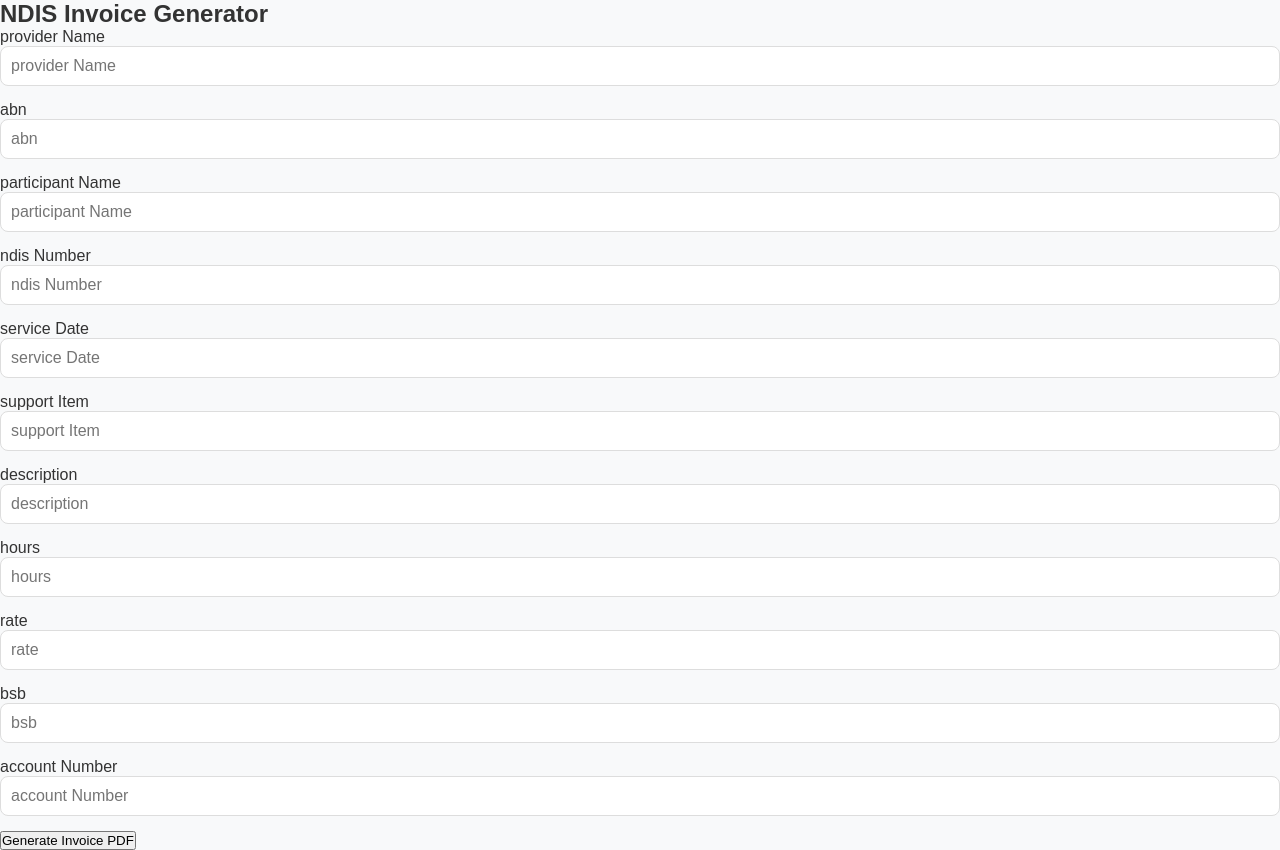
Repository: shreeyanshujha/ndis-invoice-generator
Page: /invoice
The author's editor kept a copy of each file at every save. The page is drawn from the files as they stood at one save, then again after the next save.
The browser window is 1280 px wide. The pictures show the whole page.
The project was rebuilt for these pictures with package versions that can differ from the ones it lists, and the page was loaded fresh each time. The framework's server and built-in components were replaced by stand-ins that run in the browser. Also part of the build but not shown: next.config.mjs.

Above is the page before, as saved 2025-04-03 12:17:00.

### pages/_app.js
import { AuthProvider } from '../lib/auth'; // Correct import
import '../styles/globals.css';

function MyApp({ Component, pageProps }) {
  return (
    <AuthProvider>
      <Component {...pageProps} />
    </AuthProvider>
  );
}

export default MyApp;

### pages/invoice.js
import dynamic from 'next/dynamic';

const InvoiceComponent = dynamic(() => import('../components/InvoiceComponent'), {
  ssr: false, // ⛔ disables server-side rendering to avoid useAuth crash
});

export default function InvoicePage() {
  return <InvoiceComponent />;
}

### lib/auth.js
import { createContext, useContext, useState, useEffect } from 'react';
import { auth } from './firebase'; // Make sure this points to your firebase.js file
import { onAuthStateChanged } from 'firebase/auth';

const AuthContext = createContext();

// Custom hook to access the auth state
export const useAuth = () => {
  return useContext(AuthContext);
};

// Provider to wrap your app and pass down auth state
export const AuthProvider = ({ children }) => {
  const [user, setUser] = useState(null);

  useEffect(() => {
    const unsubscribe = onAuthStateChanged(auth, (user) => {
      setUser(user);
    });

    return () => unsubscribe();
  }, []);

  return (
    <AuthContext.Provider value={{ user }}>
      {children}
    </AuthContext.Provider>
  );
};

### styles/globals.css
/* Reset for consistent styling */
* {
  margin: 0;
  padding: 0;
  box-sizing: border-box;
}

body {
  background-color: #f8f9fa;
  font-family: 'Arial', sans-serif;
  color: #333;
}

.container {
  display: flex;
  flex-direction: column;
  align-items: center;
  justify-content: center;
  height: 100vh;
}

/* Auth Container Styles */
.auth-container {
  display: flex;
  justify-content: center;
  align-items: center;
  height: 100vh;
}

.auth-form {
  background-color: white;
  padding: 40px;
  width: 100%;
  max-width: 400px;
  border-radius: 10px;
  box-shadow: 0 4px 10px rgba(0, 0, 0, 0.1);
  text-align: center;
  margin: auto;
}

.auth-form h2 {
  margin-bottom: 30px;
  font-size: 24px;
  color: #333;
}

.auth-form input {
  width: 100%;
  padding: 12px;
  margin-bottom: 20px;
  border: 1px solid #ddd;
  border-radius: 8px;
  font-size: 16px;
}

.auth-form button {
  width: 100%;
  padding: 15px;
  background-color: #28a745;
  color: white;
  border: none;
  border-radius: 8px;
  font-size: 16px;
  cursor: pointer;
  transition: background-color 0.3s;
}

.auth-form button:hover {
  background-color: #218838;
}

.auth-form a {
  color: #007bff;
  text-decoration: none;
  font-size: 14px;
}

.auth-form a:hover {
  text-decoration: underline;
}

/* Welcome Container */
.welcome-container {
  display: flex;
  flex-direction: column;
  justify-content: center;
  align-items: center;
  text-align: center;
  padding: 30px;
  background-color: #ffffff;
  width: 100%;
  max-width: 600px;
  border-radius: 10px;
  box-shadow: 0 4px 10px rgba(0, 0, 0, 0.1);
}

.welcome-container h1 {
  font-size: 28px;
  margin-bottom: 20px;
  color: #333;
}

.welcome-container button {
  padding: 12px 30px;
  background-color: #dc3545;
  color: white;
  border: none;
  border-radius: 8px;
  cursor: pointer;
  font-size: 16px;
  transition: background-color 0.3s;
}

.welcome-container button:hover {
  background-color: #c82333;
}

/* Invoice Generator Button */
.generate-invoice-btn {
  padding: 12px 30px;
  background-color: #007bff;
  color: white;
  border: none;
  border-radius: 8px;
  font-size: 16px;
  cursor: pointer;
  margin-top: 20px;
  width: 100%;
  transition: background-color 0.3s;
}

.generate-invoice-btn:hover {
  background-color: #0056b3;
}

.generate-invoice-btn:focus {
  outline: none;
}

input {
  font-size: 16px;
  padding: 10px;
  border-radius: 8px;
  border: 1px solid #ddd;
  width: 100%;
  margin-bottom: 15px;
}

input:focus {
  border-color: #007bff;
  outline: none;
}

form {
  display: flex;
  flex-direction: column;
  gap: 20px;
}

### components/InvoiceComponent.js
import { useState } from 'react';
import { useAuth } from '../lib/auth'; // Import useAuth to access user data
import jsPDF from 'jspdf';
import autoTable from 'jspdf-autotable';

export default function InvoiceComponent() {
  const [form, setForm] = useState({
    providerName: '',
    abn: '',
    participantName: '',
    ndisNumber: '',
    serviceDate: '',
    supportItem: '',
    description: '',
    hours: '',
    rate: '',
    bsb: '',
    accountNumber: '',
  });

  const { user } = useAuth(); // Use the user from the auth context to display user-specific content

  const handleChange = (e) => {
    setForm({ ...form, [e.target.name]: e.target.value });
  };

  const generatePDF = () => {
    const doc = new jsPDF();
    doc.setFontSize(16);
    doc.text('NDIS Invoice', 14, 20);

    doc.setFontSize(12);
    doc.text(`Provider: ${form.providerName}`, 14, 30);
    doc.text(`ABN: ${form.abn}`, 14, 36);
    doc.text(`Participant: ${form.participantName}`, 14, 42);
    doc.text(`NDIS #: ${form.ndisNumber}`, 14, 48);

    autoTable(doc, {
      startY: 60,
      head: [['Date', 'Item Code', 'Description', 'Hours', 'Rate', 'Amount']],
      body: [
        [
          form.serviceDate,
          form.supportItem,
          form.description,
          form.hours,
          `$${form.rate}`,
          `$${(parseFloat(form.hours) * parseFloat(form.rate)).toFixed(2)}`,
        ],
      ],
    });

    const total = (parseFloat(form.hours) * parseFloat(form.rate)).toFixed(2);
    doc.text(`Total: $${total}`, 14, doc.lastAutoTable.finalY + 10);
    doc.text(`BSB: ${form.bsb}`, 14, doc.lastAutoTable.finalY + 20);
    doc.text(`Account #: ${form.accountNumber}`, 14, doc.lastAutoTable.finalY + 26);

    doc.save(`Invoice-${form.participantName}.pdf`);
  };

  return (
    <div className="min-h-screen bg-gray-100 flex justify-center items-start p-6">
      <div className="bg-white w-full max-w-4xl rounded-xl shadow-md p-8">
        <h2 className="text-3xl font-bold mb-6 text-center text-gray-800">NDIS Invoice Generator</h2>
        <div className="grid grid-cols-1 md:grid-cols-2 gap-4">
          {Object.entries(form).map(([key, value]) => (
            <div key={key} className="flex flex-col">
              <label className="text-gray-700 mb-1 capitalize">{key.replace(/([A-Z])/g, ' $1')}</label>
              <input
                name={key}
                placeholder={key.replace(/([A-Z])/g, ' $1')}
                value={value}
                onChange={handleChange}
                className="border border-gray-300 p-2 rounded-lg focus:outline-none focus:ring-2 focus:ring-blue-500 text-black placeholder:text-gray-500"
              />
            </div>
          ))}
        </div>
        <div className="flex justify-center mt-8">
          <button
            onClick={generatePDF}
            className="px-6 py-3 bg-green-600 text-white rounded-lg hover:bg-green-700 transition"
          >
            Generate Invoice PDF
          </button>
        </div>
      </div>
    </div>
  );
}

### lib/firebase.js
import { initializeApp } from "firebase/app";
import { getAuth } from "firebase/auth";

// Your web app's Firebase configuration
const firebaseConfig = {
  apiKey: "AIzaSyBeAQcHaFOlqVXluVgRUgipXpNn4yKf8j0",  // Direct API key
  authDomain: "ndis-invoice-generator.firebaseapp.com",  // Direct Auth domain
  projectId: "ndis-invoice-generator",  // Direct Project ID
  storageBucket: "ndis-invoice-generator.appspot.com",  // Corrected Firebase Storage URL
  messagingSenderId: "80394396896",  // Direct Sender ID
  appId: "1:80394396896:web:c9aad770dabcecfd705c85",  // Direct App ID
};

const app = initializeApp(firebaseConfig);
const auth = getAuth(app);  // Initialize Firebase Authentication

export { auth };

Loaded but not shown: pages/_document.js (common file)

After the next save:
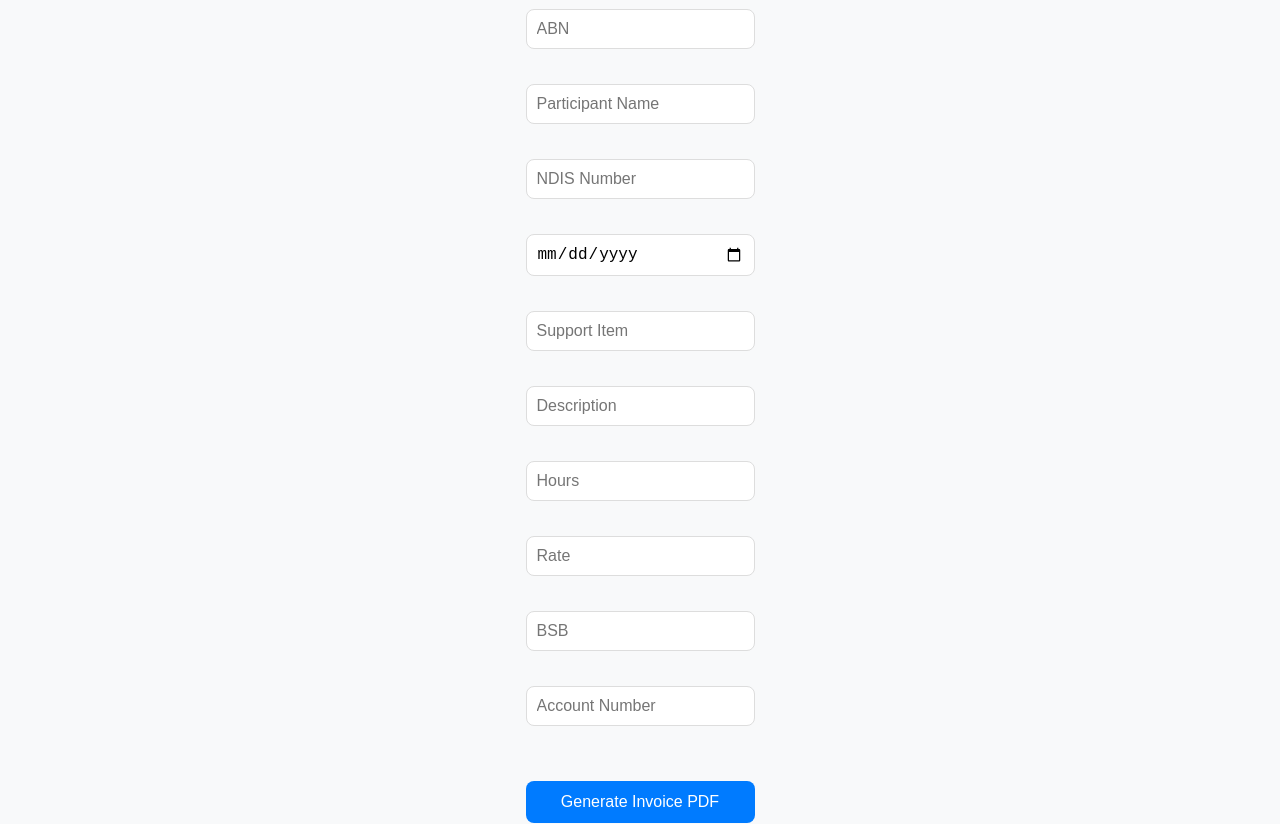
Saved 23 s later.
--- a/pages/invoice.js
+++ b/pages/invoice.js
@@ -1,9 +1,126 @@
-import dynamic from 'next/dynamic';
+import { useState } from 'react';
 
-const InvoiceComponent = dynamic(() => import('../components/InvoiceComponent'), {
-  ssr: false, // ⛔ disables server-side rendering to avoid useAuth crash
-});
+export default function InvoiceGenerator() {
+  const [formData, setFormData] = useState({
+    providerName: '',
+    abn: '',
+    participantName: '',
+    ndisNumber: '',
+    serviceDate: '',
+    supportItem: '',
+    description: '',
+    hours: '',
+    rate: '',
+    bsb: '',
+    accountNumber: ''
+  });
 
-export default function InvoicePage() {
-  return <InvoiceComponent />;
+  const handleInputChange = (e) => {
+    const { name, value } = e.target;
+    setFormData({
+      ...formData,
+      [name]: value
+    });
+  };
+
+  const handleSubmit = (e) => {
+    e.preventDefault();
+    // Handle the form submission logic here (e.g., generate PDF)
+  };
+
+  return (
+    <div className="container">
+      <h1>NDIS Invoice Generator</h1>
+      <form onSubmit={handleSubmit}>
+        <input
+          type="text"
+          name="providerName"
+          placeholder="Provider Name"
+          value={formData.providerName}
+          onChange={handleInputChange}
+          required
+        />
+        <input
+          type="text"
+          name="abn"
+          placeholder="ABN"
+          value={formData.abn}
+          onChange={handleInputChange}
+          required
+        />
+        <input
+          type="text"
+          name="participantName"
+          placeholder="Participant Name"
+          value={formData.participantName}
+          onChange={handleInputChange}
+          required
+        />
+        <input
+          type="text"
+          name="ndisNumber"
+          placeholder="NDIS Number"
+          value={formData.ndisNumber}
+          onChange={handleInputChange}
+          required
+        />
+        <input
+          type="date"
+          name="serviceDate"
+          value={formData.serviceDate}
+          onChange={handleInputChange}
+          required
+        />
+        <input
+          type="text"
+          name="supportItem"
+          placeholder="Support Item"
+          value={formData.supportItem}
+          onChange={handleInputChange}
+          required
+        />
+        <input
+          type="text"
+          name="description"
+          placeholder="Description"
+          value={formData.description}
+          onChange={handleInputChange}
+          required
+        />
+        <input
+          type="number"
+          name="hours"
+          placeholder="Hours"
+          value={formData.hours}
+          onChange={handleInputChange}
+          required
+        />
+        <input
+          type="number"
+          name="rate"
+          placeholder="Rate"
+          value={formData.rate}
+          onChange={handleInputChange}
+          required
+        />
+        <input
+          type="text"
+          name="bsb"
+          placeholder="BSB"
+          value={formData.bsb}
+          onChange={handleInputChange}
+          required
+        />
+        <input
+          type="text"
+          name="accountNumber"
+          placeholder="Account Number"
+          value={formData.accountNumber}
+          onChange={handleInputChange}
+          required
+        />
+        <button className="generate-invoice-btn" type="submit">Generate Invoice PDF</button>
+      </form>
+    </div>
+  );
 }
